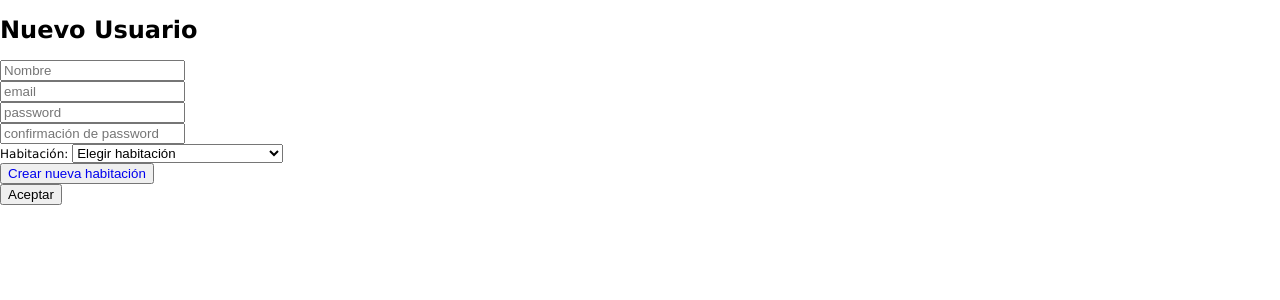
Repository: anagut/java-web
Page: http://localhost/HelloLogin/nuevousuario
An editor plug-in stored every save of this project. The page is shown before and after the next save, followed by the edit.
The browser window is 1280 px wide. The pictures show the whole page.
The page is served by Tomcat 9. Other server files are loaded and not shown.

Above is the page before, as saved 2018-11-16 10:56:33.
Console error: TypeError: Cannot set properties of null (setting 'onclick')

### HelloLogin/WebContent/nuevousuario.jsp
<%@ taglib uri="http://java.sun.com/jsp/jstl/core" prefix="c" %>

<%@ page language="java" contentType="text/html; charset=UTF-8"
    pageEncoding="UTF-8"%>
<!DOCTYPE html>
<html>
<head>
<meta charset="UTF-8">
<title>Nuevo Usuario</title>
<link rel="stylesheet" href="./css/style.css"></link>

</head>
<body>
	<h1>Nuevo Usuario</h1>
	<div class="error">${error}</div>
	<form action="" method="POST">
	<div>
	<input type="text" placeholder="Nombre" name="nombre" id="nombre" value="${newusuario.name}" required/>
	</div>
	<div>
	<input type="email" placeholder="email" name="email" id="email" value="${newusuario.email}" required/>
	</div>
	<div>
	<input type="password" placeholder="password" name="password" id="password"/>
	</div>
	<div>
	<input type="password" placeholder="confirmación de password" name="passwordconf" id="passwordconf"/>
	</div>
		<div>
		<label for="habitacion">Habitación:</label>
		<select name="habitacion" id="habitacion">
<!-- 		Aquí irán las habitaciones -->
			<option selected disabled>Elegir habitación</option>
		<c:forEach var="unaHabitacion" items="${lasHabitaciones}">
			<option value="${unaHabitacion.hid}">${unaHabitacion.calle}, ${unaHabitacion.num} (${unaHabitacion.ciudad})</option>
   		</c:forEach>
		</select>
<!-- 		<div><button id="habBtn">Crear nueva habitación</button></div> -->
	<div><button id="habBtn"><a href="./nuevahabitacion">Crear nueva habitación</a></button></div>
	</div>

	<div><button>Aceptar</button></div>
	</form>


</body>

<script src="./js/script.js"></script>
</html>

### HelloLogin/src/com/ana/controllers/NuevoUsuarioServlet.java
package com.ana.controllers;

import java.io.IOException;
import java.util.ArrayList;

import javax.servlet.ServletException;
import javax.servlet.annotation.WebServlet;
import javax.servlet.http.HttpServlet;
import javax.servlet.http.HttpServletRequest;
import javax.servlet.http.HttpServletResponse;

import com.ana.database.BBDD;
import com.ana.models.Habitacion;
import com.ana.models.Usuario;

/**
 * Servlet implementation class NuevosUsuariosServlet
 */
@WebServlet("/nuevousuario")
public class NuevoUsuarioServlet extends HttpServlet {
	private static final long serialVersionUID = 1L;

    /**
     * @see HttpServlet#HttpServlet()
     */
    public NuevoUsuarioServlet() {
        super();
        // TODO Auto-generated constructor stub
    }

	/**
	 * @see HttpServlet#doGet(HttpServletRequest request, HttpServletResponse response)
	 */
	protected void doGet(HttpServletRequest request, HttpServletResponse response) throws ServletException, IOException {

		ArrayList<Habitacion> habitaciones = BBDD.getInstance().habitaciones;

		request.setAttribute("lasHabitaciones", habitaciones);

		request.getRequestDispatcher("./nuevousuario.jsp").forward(request, response);

	}
	protected void doPost(HttpServletRequest request, HttpServletResponse response) throws ServletException, IOException {

		String nombrerecibido = request.getParameter("nombre");
		String emailrecibido = request.getParameter("email");
		String passwordrecibido = request.getParameter("password");
		String passwordconfrecibido = request.getParameter("passwordconf");
		String habitacionrecibida = request.getParameter("habitacion");

		int habitrecibidaId = Integer.parseInt(habitacionrecibida);

		System.out.println("Nombre:"+nombrerecibido);
		System.out.println("Email:"+emailrecibido);
		System.out.println("Password:"+passwordrecibido);
		System.out.println("Password:"+passwordconfrecibido);


//		if (emailrecibido!=null && !emailrecibido.equals("") && emailrecibido.indexOf("@")>0) {
//			//continuar e introducir al usuario en bbdd
//		}else {
//			request.setAttribute("error", "Datos incorrectos");
//			request.setAttribute("emailrec", emailrecibido);
//			this.doGet(request, response);
//		}

		Usuario nuevoUser = new Usuario(0, nombrerecibido, emailrecibido, passwordrecibido, BBDD.getInstance().getHabitacionById(habitrecibidaId));

		if (nuevoUser.esValido(passwordconfrecibido)) {
			//continuar e introducir al usuario en bbdd
			BBDD db = BBDD.getInstance();
			db.insertUsuario(nuevoUser);

			response.sendRedirect("listausuarios");

		}else {
			request.setAttribute("error", "Datos incorrectos");
			request.setAttribute("newusuario", nuevoUser);
			this.doGet(request, response);

		}
	}

}

### HelloLogin/src/com/ana/database/BBDD.java
package com.ana.database;

import java.util.ArrayList;

import com.ana.models.Habitacion;
import com.ana.models.Usuario;

public class BBDD {

	private static BBDD instance=null;

	public ArrayList<Usuario> usuarios = new ArrayList<Usuario>();

	public ArrayList<Habitacion> habitaciones = new ArrayList<Habitacion>();

	public static final BBDD getInstance() {
		if(instance==null) instance = new BBDD();
		return instance;
	}

	private BBDD() {
		this.fillUsuarios();
		this.fillHabitaciones();
		this.relacionarUserHab();
	}

	private boolean fillUsuarios() {
		usuarios.add(new Usuario (1, "Pepe", "p@p.es", "ppp", null));
		usuarios.add(new Usuario (2, "Luisa", "l@l.es", "lll", null));
		usuarios.add(new Usuario (3, "Mordor", "m@m.es", "mmm", null));

		return true;
	}



	private boolean fillHabitaciones() {
		habitaciones.add(new Habitacion (101, "Calle Marqués", 23, "Madrid"));
		habitaciones.add(new Habitacion (102, "Calle Pantomima", 57, "Albacete"));
		habitaciones.add(new Habitacion (103, "Calle Pijo", 12, "Murcia"));

		return true;
	}

	private boolean relacionarUserHab() {
		usuarios.get(0).setHabitacion(habitaciones.get(2));
		usuarios.get(1).setHabitacion(habitaciones.get(1));
		usuarios.get(2).setHabitacion(habitaciones.get(0));

		return true;
	}


	//Método que en función de la id me devuelve un objeto usuario concreto
	//Si no encuentra devuelve un null

	public Usuario getUsuarioById(int id) {
		Usuario usuarioADevolver = null;

		//Iteramos por cada usuario y comparamos su id con el que nos indican
		for (Usuario unUsuario: usuarios) {
			if(unUsuario.getId()==id) {
				usuarioADevolver = unUsuario;
				break;	//cuando encuentra el id, sale del bucle
			}
		}
		return usuarioADevolver;
	}

	public Habitacion getHabitacionById(int hid) {
		Habitacion habitacionADevolver = null;

		for (Habitacion unaHab: habitaciones) {
			if(unaHab.getHid()==hid) {
				habitacionADevolver = unaHab;
				break;
			}
		}
		return habitacionADevolver;
	}

	public boolean existeUsuarioPorEmailyPass(String emailrecibido, String passwordrecibido) {
		boolean existeUsuario = false;
//		for (*tipo de variable (objeto)* *variable* : *array sobre el que se busca*)
		for (Usuario unUsuario : usuarios) {
			if (unUsuario.getEmail().equals(emailrecibido) && unUsuario.getPassword().equals(passwordrecibido)) {
				existeUsuario = true;
				break;
			}
		}
		return existeUsuario;
	}

	public int insertUsuario(Usuario newUser) {
		int nuevoId=0;

		nuevoId=this.usuarios.size()+1;	//simulamos que la bd asigna un id consecutivo
		newUser.setId(nuevoId);

		this.usuarios.add(newUser);

		return nuevoId;

	}

	public int insertHabitacion(Habitacion newHab) {
		int nuevoHid=0;

		nuevoHid=this.habitaciones.size()+1;	//simulamos que la bd asigna un id consecutivo
		newHab.setHid(nuevoHid);

		this.habitaciones.add(newHab);

		return nuevoHid;

	}

}

### HelloLogin/src/com/ana/models/Usuario.java
package com.ana.models;

public class Usuario {
	private int id;
	private String name;
	private String email;
	private String password;
	private Habitacion habitacion;


	public Usuario(int id, String name, String email, String password, Habitacion habitacion) {
		super();
		this.id = id;
		this.name = name;
		this.email = email;
		this.password = password;
		this.habitacion = habitacion;
	}


	public String getPassword() {
		return password;
	}


	public void setPassword(String password) {
		this.password = password;
	}


	public int getId() {
		return id;
	}

	public void setId(int id) {
		this.id = id;
	}

	public String getName() {
		return name;
	}

	public void setName(String name) {
		this.name = name;
	}

	public String getEmail() {
		return email;
	}

	public void setEmail(String email) {
		this.email = email;
	}

	public Habitacion getHabitacion() {
		return habitacion;
	}

	public void setHabitacion(Habitacion habitacion) {
		this.habitacion = habitacion;
	}

//valido los campos del usuario sean correctos
	public boolean esValido(String confpassword) {
		boolean esValidx=true;

		if (this.email==null || this.email.equals("") || this.email.indexOf("@")<=0) esValidx = false;

		if (this.name==null || this.name.equals("") || this.name.matches("(.*)?[0-9](.*)?")) esValidx = false;

		if (this.password==null || this.password.equals("")) esValidx = false;

		if (!this.password.equals(confpassword)) esValidx= false;

		return esValidx;
	}





}

### HelloLogin/src/com/ana/models/Habitacion.java
package com.ana.models;

public class Habitacion {
	private int hid;
	private String calle;
	private int num;
	private String ciudad;


	public Habitacion(int hid, String calle, int num, String ciudad) {
		super();
		this.hid = hid;
		this.calle = calle;
		this.num = num;
		this.ciudad = ciudad;
	}


	public int getHid() {
		return hid;
	}


	public void setHid(int hid) {
		this.hid = hid;
	}


	public String getCalle() {
		return calle;
	}


	public void setCalle(String calle) {
		this.calle = calle;
	}


	public int getNum() {
		return num;
	}


	public void setNum(int num) {
		this.num = num;
	}


	public String getCiudad() {
		return ciudad;
	}


	public void setCiudad(String ciudad) {
		this.ciudad = ciudad;
	}

	public boolean esValido() {
		boolean valido = true;
		if (this.calle==null || this.calle.equals("")) valido = false;
		if (this.num < 0) valido = false;
		return valido;
	}


}

### HelloLogin/WebContent/css/style.css
body{
	margin: 0;
	padding: 0;
	font-family: Verdana;
	font-size: 12px;
}

h1{
	font-size: 2em;
}

ul{
	list-style: none;
	margin: 0;
	padding: 0;
}

ul > li > a > div{
	display: inline-block;
	margin: 1em;
}

.error {
	color: red;
}

a {text-decoration: none;}

### HelloLogin/WebContent/js/script.js
console.log("hola")

document.getElementById("habBtn").onclick = function(evnt) {
evnt.preventDefault();
window.location.href = "./nuevahabitacion";
}

document.getElementById("volverBtn").onclick = function(){
	window.history.back();
}

After the next save:
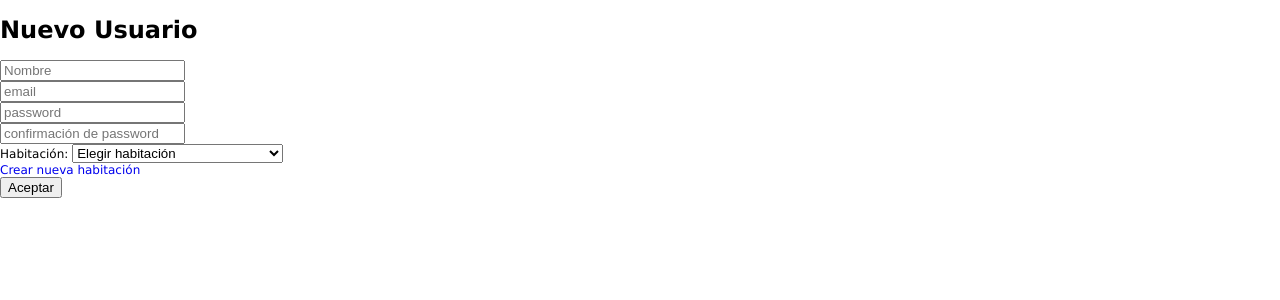
Saved 13 s later.
--- a/HelloLogin/WebContent/nuevousuario.jsp
+++ b/HelloLogin/WebContent/nuevousuario.jsp
@@ -36,7 +36,7 @@
    		</c:forEach>
 		</select>
 <!-- 		<div><button id="habBtn">Crear nueva habitación</button></div> -->
-	<div><button id="habBtn"><a href="./nuevahabitacion">Crear nueva habitación</a></button></div>
+	<div><a href="./nuevahabitacion">Crear nueva habitación</a></div>
 	</div>
 
 	<div><button>Aceptar</button></div>
